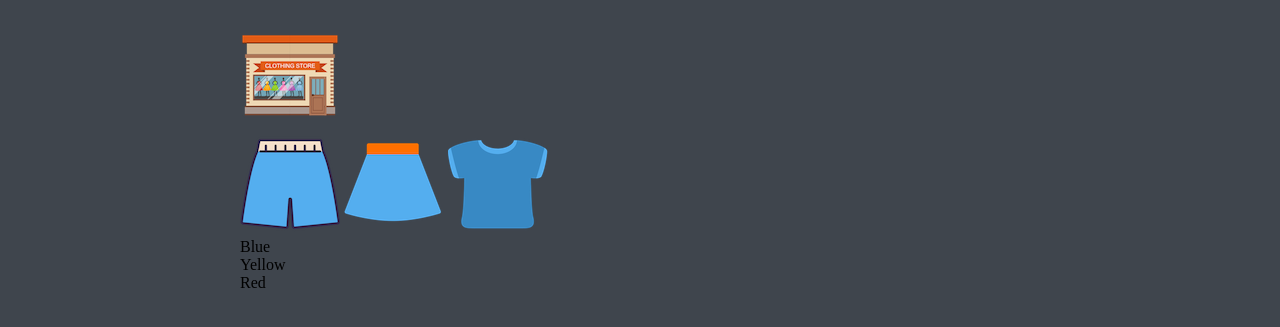
Repository: Jay-JYKim91/elle-shopping-mall
Page: index.html
An editor plug-in stored every save of this project. The page is shown before and after the next save, followed by the edit.
The browser window is 1280 px wide. The pictures show the whole page.

Above is the page before, as saved 2021-07-26 19:25:43.

### index.html
<!DOCTYPE html>
<html lang="en">
  <head>
    <meta charset="UTF-8" />
    <meta name="viewport" content="width=device-width, initial-scale=1.0" />
    <title>Online Shopping</title>
    <link rel="stylesheet" href="style.css" />
    <script src="src/main.js" defer></script>
  </head>
  <body>
    <div class="container">
      <div class="logo">
        <img src="./img/logo.png" alt="logo">
      </div>
      <div class="options">
        <img src="./img/blue_p.png" alt="">
        <img src="./img/blue_s.png" alt="">
        <img src="./img/blue_t.png" alt="">
        <div class="color-box blue">Blue</div>
        <div class="color-box yellow">Yellow</div>
        <div class="color-box red">Red</div>
      </div>
      <div class="lists">

      </div>
    </div>
  </body>
</html>

### style.css
:root {
  /* color */
  --color-black: #3f454d;
  --color-white: #ffffff;
  --color-blue: #3b88c3;
  --color-yellow: #fbbe28;
  --color-pink: #fd7f84;
  --color-light-grey: #dfdfdf;
}

* {
  box-sizing: border-box;
}
body {
  background-color: var(--color-black);
}
.container {
  width: 800px;
  height: 80%;
  margin: 30px auto;
}

Loaded but not shown: src/main.js (no copy from this time; the picture is the same without it)

After the next save:
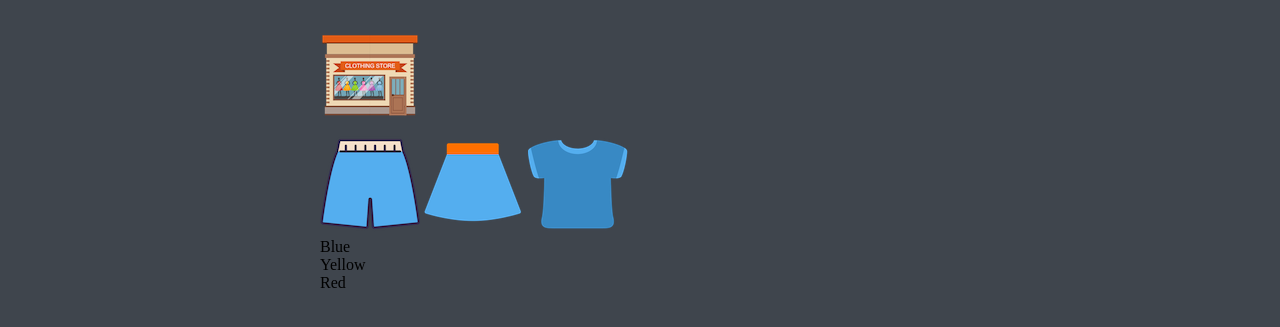
Saved 24 s later.
--- a/style.css
+++ b/style.css
@@ -15,7 +15,7 @@ body {
   background-color: var(--color-black);
 }
 .container {
-  width: 800px;
+  width: 50vw;
   height: 80%;
   margin: 30px auto;
 }
